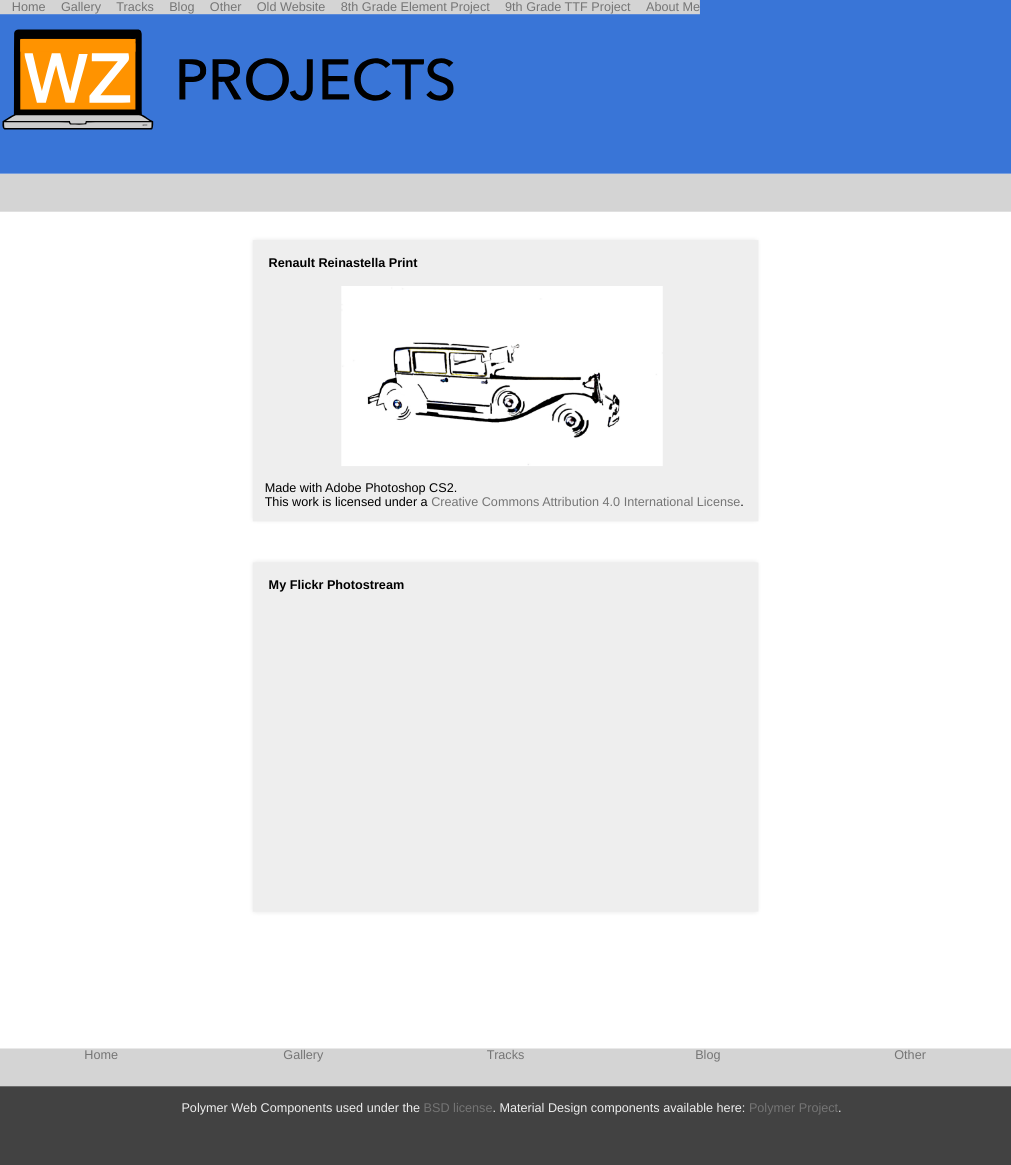
Repository: willzhang05/willzhang05.github.io-old
Page: gallery.html
The author's editor kept a record of every edit. The page is drawn from the files as they stood at one moment, then again after the next edit.
The browser window is 1280 px wide. The pictures show the whole page, at 79% of full size.
Pictures or frames that could not be fetched are drawn as grey boxes.

Above is the page before.

After the next edit:
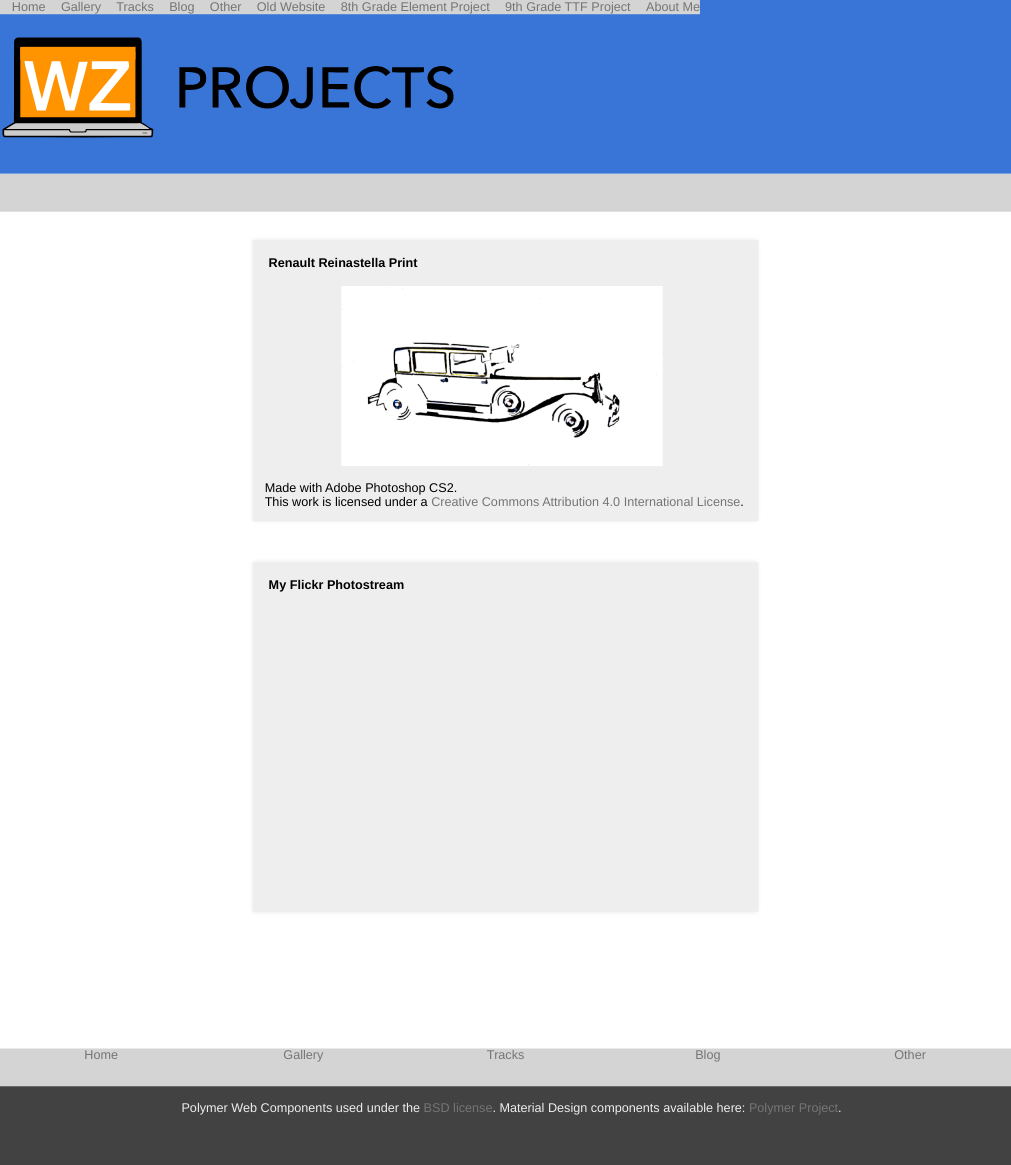
The edit:
--- a/gallery.html
+++ b/gallery.html
@@ -77,9 +77,11 @@
 				<paper-shadow>
 					<div id="header-wrapper">
 						<div id="header-banner">
-							<a href="http://willzhang05.github.io">
-								<img src="images/WZProjectslogo-vector.svg" width="640" height="200" alt="WZProjects"/>
-							</a>
+							<div id="logo-wrapper">
+								<a href="http://willzhang05.github.io">
+									<img src="images/WZProjectslogo-vector.svg" width="100%" height="100%" alt="WZProjects"/>
+								</a>
+							</div>
 						</div>
 						<div id="header-navbar">
 							<paper-icon-button style="margin:4px" icon="menu" core-drawer-toggle>
